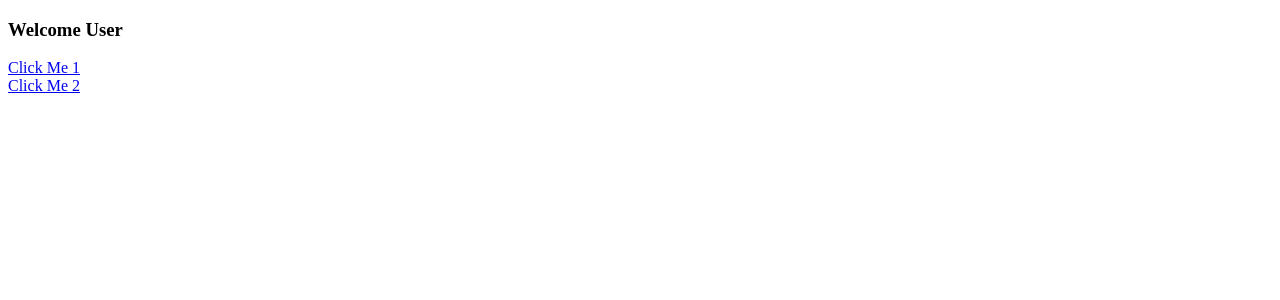
Repository: adhiraj-adhi/Spring_Programs
Page: http://localhost/WebMVCDemo6SessionAttrributes2/
The author's editor kept a copy of each file at every save. The page is drawn from the files as they stood at one save, then again after the next save.
The browser window is 1280 px wide. The pictures show the whole page.
The page is served by Tomcat 9. Other server files are loaded and not shown.

Above is the page before, as saved 2024-03-05 21:33:54.

### Web MVC/WebMVCDemo6SessionAttrributes2/src/main/webapp/index.jsp
<%@ page language="java" contentType="text/html; charset=UTF-8"
	pageEncoding="UTF-8"%>
<!DOCTYPE html>
<html>
<head>
<meta charset="UTF-8">
<title>Insert title here</title>
</head>
<body>
	<h3>Welcome User</h3>
	<a href="aaa"> Click Me 1 </a><br/>
	<a href="bbb"> Click Me 2 </a>
</body>
</html>

After the next save:
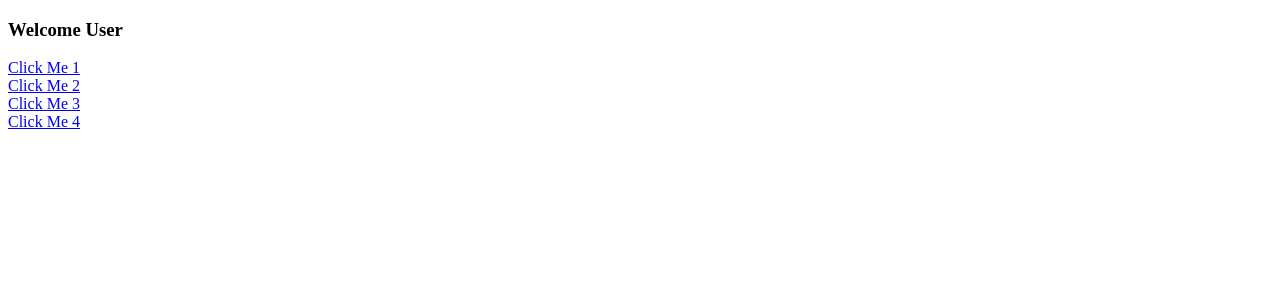
Saved 87 s later.
--- a/Web MVC/WebMVCDemo6SessionAttrributes2/src/main/webapp/index.jsp
+++ b/Web MVC/WebMVCDemo6SessionAttrributes2/src/main/webapp/index.jsp
@@ -9,6 +9,8 @@
 <body>
 	<h3>Welcome User</h3>
 	<a href="aaa"> Click Me 1 </a><br/>
-	<a href="bbb"> Click Me 2 </a>
+	<a href="bbb"> Click Me 2 </a><br/>
+	<a href="ccc"> Click Me 3 </a><br/>
+	<a href="ddd"> Click Me 4 </a>
 </body>
 </html>
